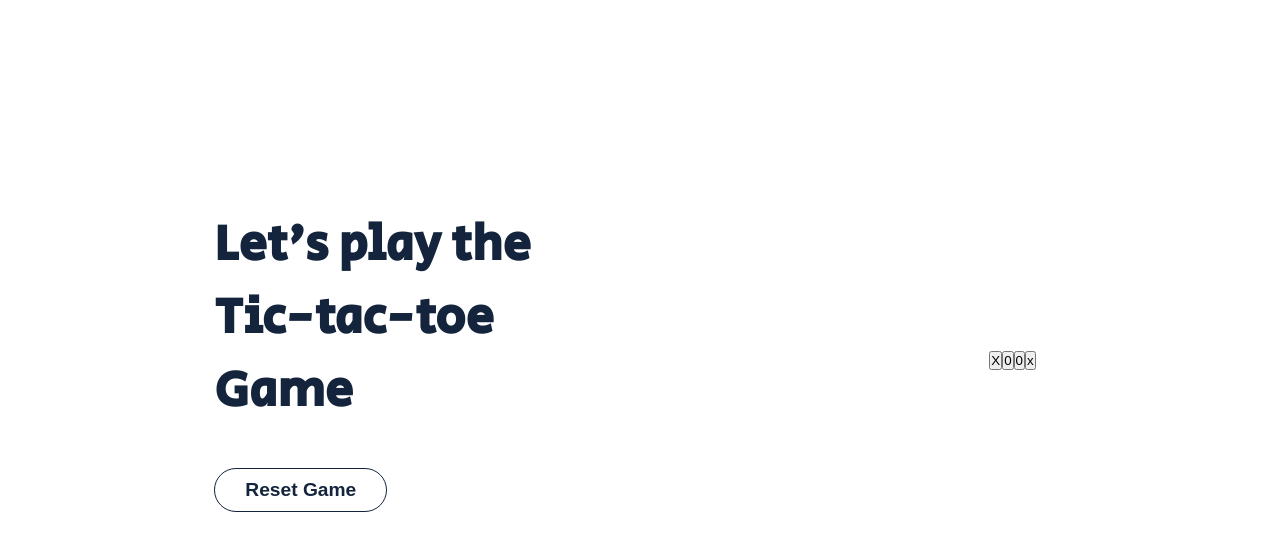
Repository: evergreenx/tic-tac
Page: /
These files come from the project's save history. The page is drawn as it stood at one moment and after the next save; the edit follows.
The browser window is 1280 px wide. The pictures show the whole page.
The project was rebuilt for these pictures with package versions that can differ from the ones it lists, and the page was loaded fresh each time.

Above is the page before, as saved 2022-04-21 14:00:30.

### src/index.scss

$primary-color: #13243C;

@import url("https://fonts.googleapis.com/css2?family=Anton&family=Secular+One&display=swap");

* {
  margin: 0;
  padding: 0;
  box-sizing: border-box;
}

body {
  font-family: "Secular One", sans-serif;
}

.App {
  display: flex;
  flex-direction: row;
  align-items: center;
  justify-content: space-around;
  height: 100vh;

  .board-text {
    .heading {
      color: $primary-color;
      font-size: 50px;
      margin-bottom: 20px;
    }

    .reset--button--text {
      color: $primary-color;
      font-size: 1.2rem;
      padding: 10px 30px;
      border: 1px $primary-color solid;
      border-radius: 50px;
      cursor: pointer;
      background-color: #fff;
      margin-top: 20px;
      font-weight: 600;
    }
  }
}

@media (max-width: 768px) {
  .App {
    flex-direction: column;
  }
}

### src/App.js
import Board from "./components/Board";

function App() {
  return (
    <section className="App">
      <div className="board-text">
        <h1 className="heading">
          Let's play the <br /> Tic-tac-toe <br />  Game
        </h1>
        <div class="reset--button">
          <button class="reset--button--text">Reset Game</button>
        </div>
      </div>

      <Board />
    </section>
  );
}

export default App;

### src/components/Board.jsx
import React from "react";
import './Board.scss'

function Board() {
  return (
    <div className="board">
      <button>X</button>

      <button>0</button>

      <button>0</button>

      <button>x</button>
    </div>
  );
}

export default Board;

### src/components/Board/Board.scss
.board {
  display: flex;
  flex-direction: row;
   padding: 30px;
}

.game-status{
    align-self: flex-end;
    margin-top: 30px ;
}

Loaded but not shown: public/index.html (common file); src/index.js (common file); src/reportWebVitals.js (common file)

After the next save:
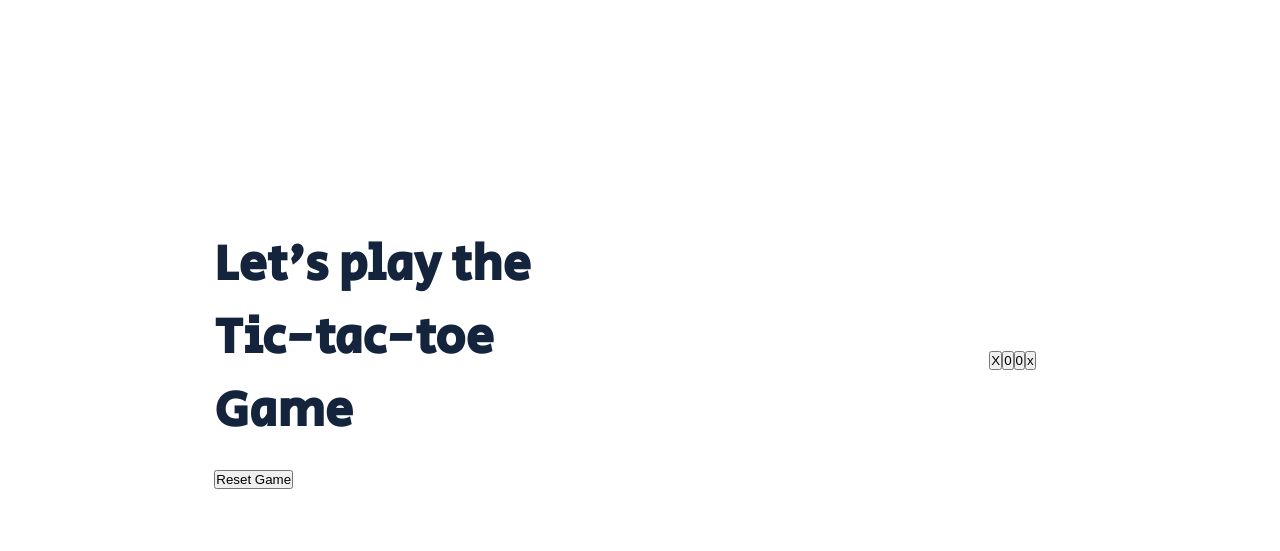
Saved 54 s later.
--- a/src/index.scss
+++ b/src/index.scss
@@ -27,17 +27,7 @@ body {
       margin-bottom: 20px;
     }
 
-    .reset--button--text {
-      color: $primary-color;
-      font-size: 1.2rem;
-      padding: 10px 30px;
-      border: 1px $primary-color solid;
-      border-radius: 50px;
-      cursor: pointer;
-      background-color: #fff;
-      margin-top: 20px;
-      font-weight: 600;
-    }
+
   }
 }
 
